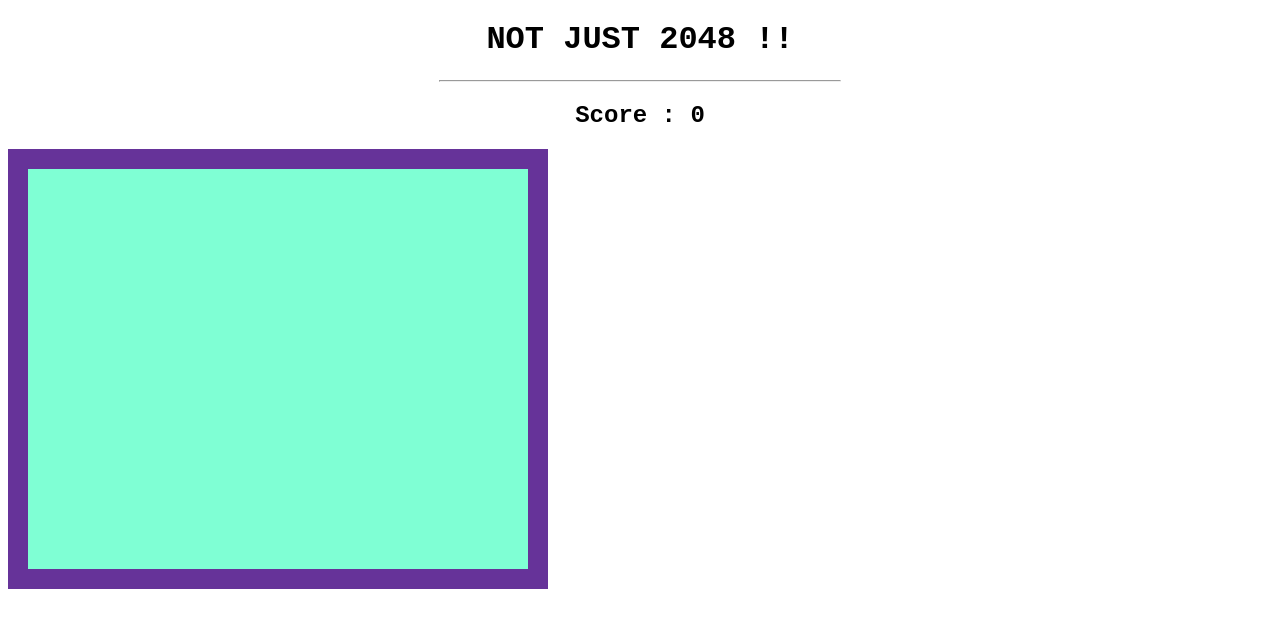
Repository: Prathamyadav1123/2048Game
Page: NotJust2048-main/2048.html
These files come from the project's save history. The page is drawn as it stood at one moment and after a run of saves; the edit follows.
The browser window is 1280 px wide. The pictures show the whole page.

Above is the page before, as saved 2023-05-31 19:40:02.

### NotJust2048-main/2048.html
<!DOCTYPE html>
<html>
    <head>
        <title>
            2048 game
        </title>
        <link rel= "stylesheet" href="2048.css"/>
        <script src= "2048.js"></script>
    </head>
    <body>
        <h1> NOT JUST 2048 !! </h1>
        <hr>
        <h2> Score : <span id="score"> 0 </span></h2>
        <div id="board">

        </div>
    </body>
</html>

### NotJust2048-main/2048.css
body{
    font-family: 'Courier New', Courier, monospace;
    text-align: center;
}
hr{
    width: 400px;
}
#board{
    width: 500px;
    height: 400px;
    color: crimson;
    background-color: aquamarine;
    border: 20px solid rebeccapurple;
}

Loaded but not shown: NotJust2048-main/2048.js (no copy from this time; the picture is the same without it)

After the next 2 saves:
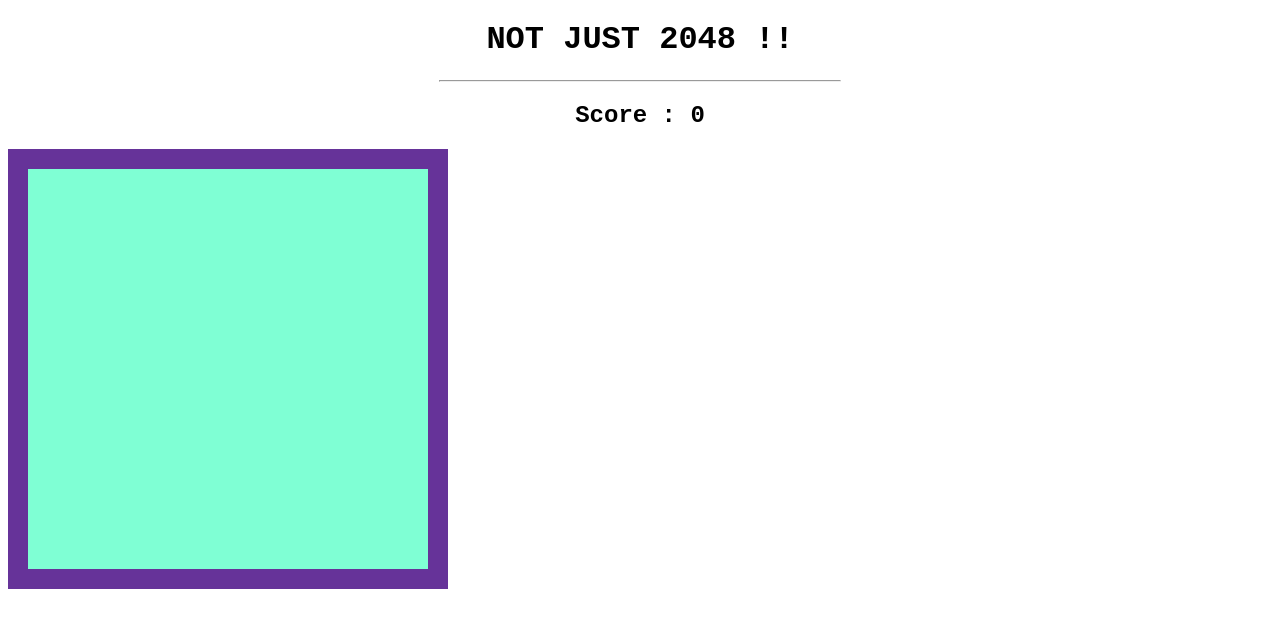
The 2 saves are shown as one change because they came seconds apart.
The last was saved 21 s later.
--- a/NotJust2048-main/2048.css
+++ b/NotJust2048-main/2048.css
@@ -6,7 +6,7 @@ hr{
     width: 400px;
 }
 #board{
-    width: 500px;
+    width: 400px;
     height: 400px;
     color: crimson;
     background-color: aquamarine;
